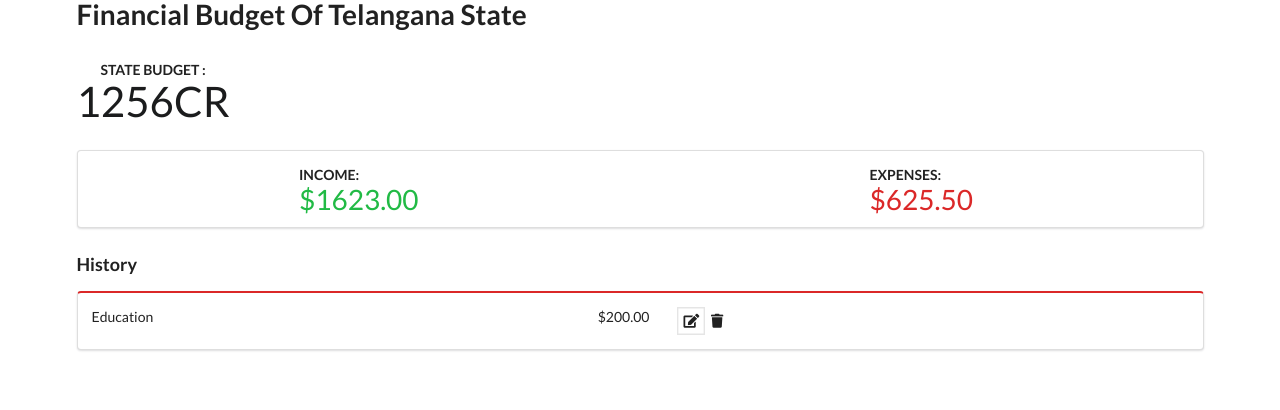
Repository: akHil07090709/advanced-react
Page: /
These files come from the project's save history. The page is drawn as it stood at one moment and after the next save; the edit follows.
The browser window is 1280 px wide. The pictures show the whole page.
The project was rebuilt for these pictures with package versions that can differ from the ones it lists, and the page was loaded fresh each time. Also part of the build but not shown: src/App.css.

Above is the page before, as saved 2021-05-25 07:44:38.

After the next save:
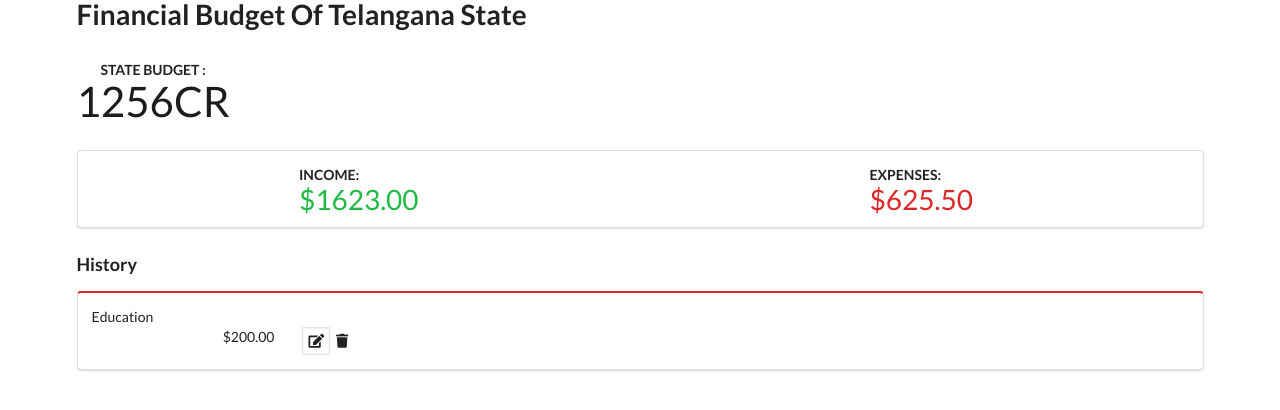
Saved 8 s later.
--- a/src/App.js
+++ b/src/App.js
@@ -43,7 +43,7 @@
       <Segment color="red">
         <Grid columns={3}>
           <Grid.Row>
-            <Grid.Column width={30}>Education</Grid.Column>
+            <Grid.Column width={15}>Education</Grid.Column>
             <Grid.Column width={3} textAlign="right">
               $200.00
             </Grid.Column>
